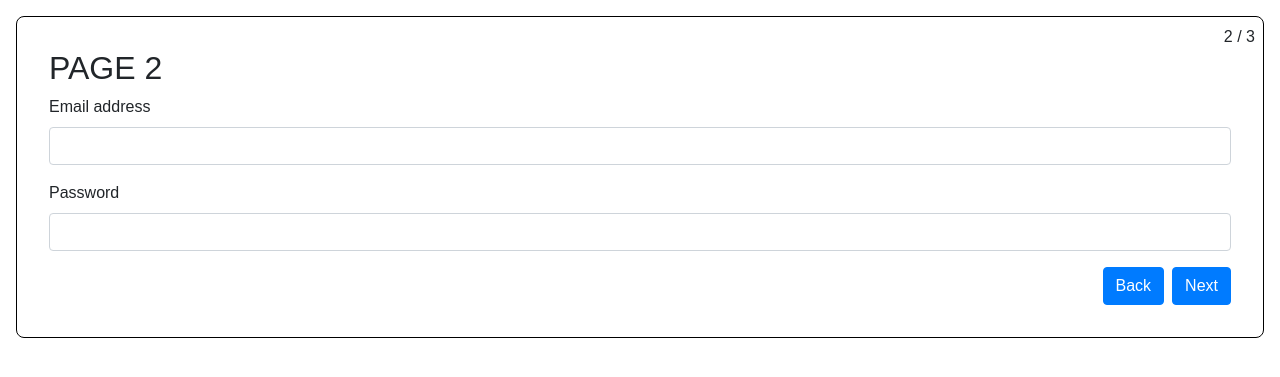
Repository: Aminox84/frontend-main
Page: /, after clicking the first element matching `button.btn`
The author's editor kept a copy of each file at every save. The page is drawn from the files as they stood at one save, then again after the next save.
The browser window is 1280 px wide. The pictures show the whole page.
The project was rebuilt for these pictures with package versions that can differ from the ones it lists, and the page was loaded fresh each time. Also part of the build but not shown: src/AccountForm.tsx.

Above is the page before, as saved 2022-12-29 19:41:20.

After the next save:
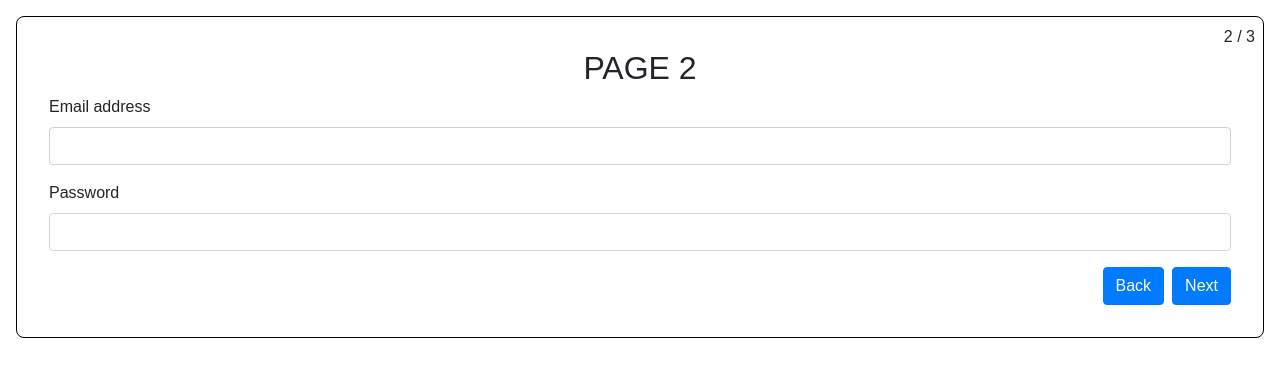
Saved 11 s later.
--- a/src/AddressForm.tsx
+++ b/src/AddressForm.tsx
@@ -1,18 +1,27 @@
-export function AddressForm(){
-    return(
-        <>
-                <h2>PAGE 2</h2>
+export function AddressForm() {
+  return (
+    <>
+      <h2 style={{textAlign:"center"}}>PAGE 2</h2>
 
-         <form>
-  <div className="form-group">
-    <label htmlFor="exampleInputEmail1">Email address</label>
-    <input type="email" className="form-control" id="exampleInputEmail1" aria-describedby="emailHelp" />
-  </div>
-  <div className="form-group">
-    <label htmlFor="exampleInputPassword1">Password</label>
-    <input type="password" className="form-control" id="exampleInputPassword1" />
-  </div>
-</form>
-        </>
-    )
+      <form>
+        <div className="form-group">
+          <label htmlFor="exampleInputEmail1">Email address</label>
+          <input
+            type="email"
+            className="form-control"
+            id="exampleInputEmail1"
+            aria-describedby="emailHelp"
+          />
+        </div>
+        <div className="form-group">
+          <label htmlFor="exampleInputPassword1">Password</label>
+          <input
+            type="password"
+            className="form-control"
+            id="exampleInputPassword1"
+          />
+        </div>
+      </form>
+    </>
+  )
 }
